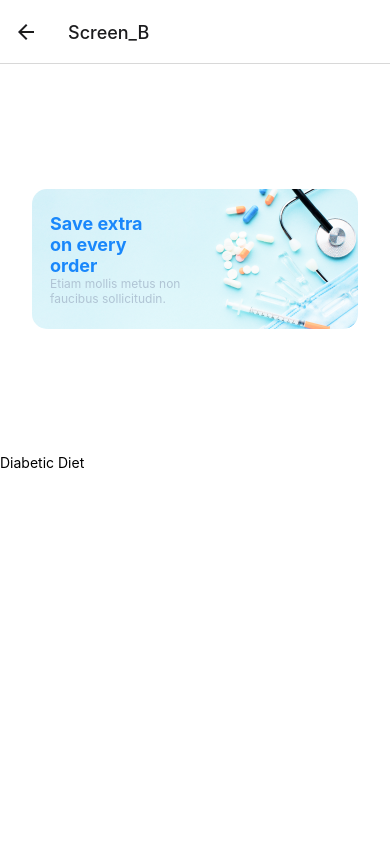
Repository: ntu34543/designReactNative
Screen: /Screen_B
These files come from the project's save history. The screen is drawn as it stood at one moment and after the next save; the edit follows.
The app was drawn by React Native's web renderer in a window 390 px wide. The project was rebuilt for these pictures with package versions that can differ from the ones it lists, and the page was loaded fresh each time.

Above is the screen before, as saved 2022-10-18 16:49:06.

After the next save:
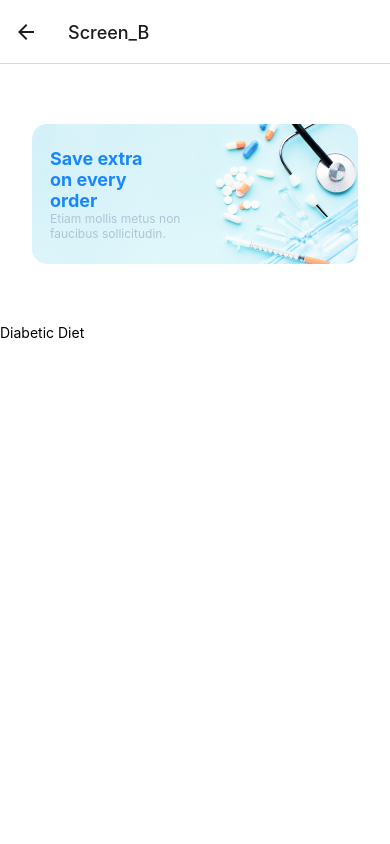
Saved 33 s later.
--- a/page/DiabetesCare.js
+++ b/page/DiabetesCare.js
@@ -65,7 +65,7 @@ const styles = StyleSheet.create({
     borderRadius: 15,
   },
   topPro: {
-    flex: 1,
+    flex: 2,
   },
   title3: {
     position: "relative",
